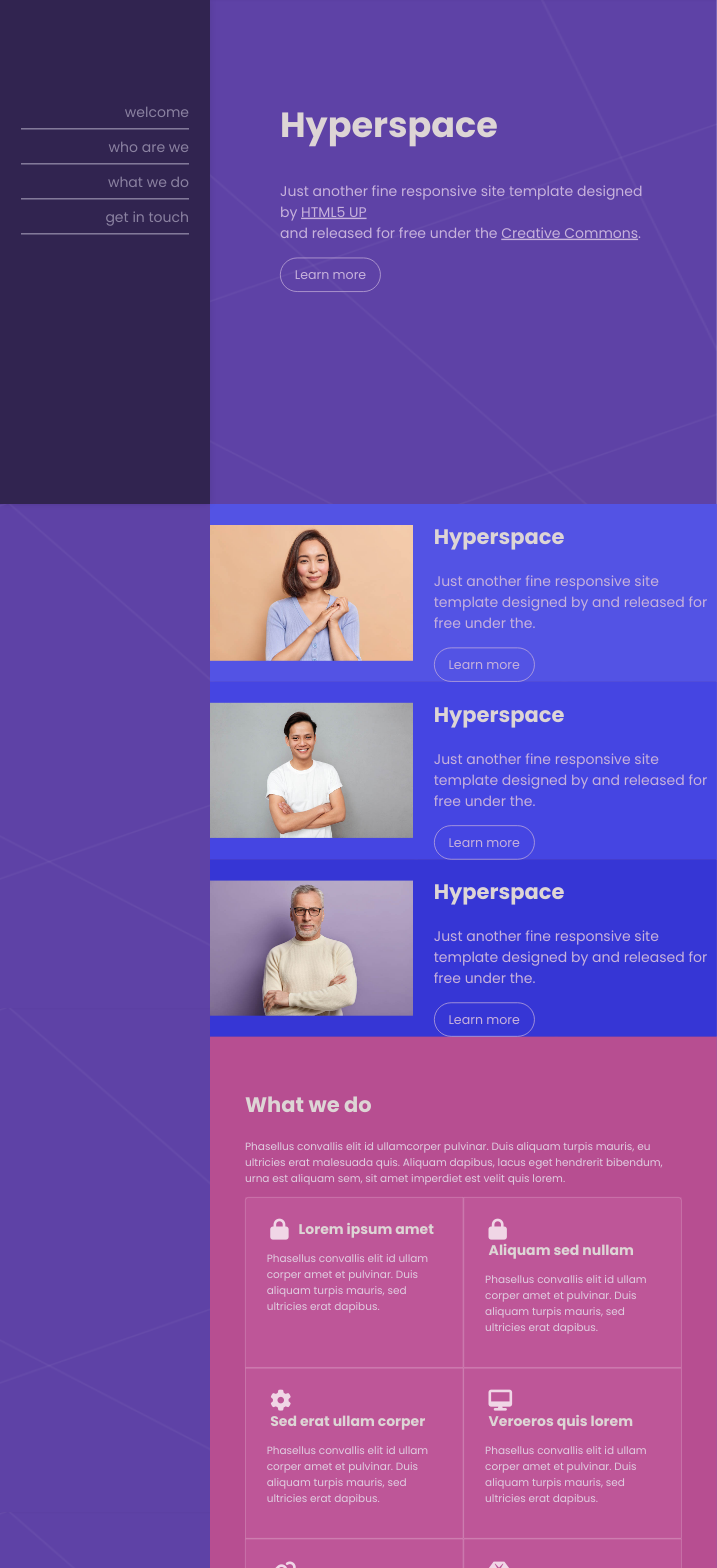
Repository: zai31/KIMIT_Tasks
Page: JsSession8/index.html
The author's editor kept a copy of each file at every save. The page is drawn from the files as they stood at one save, then again after the next save.
The browser window is 1024 px wide. The pictures show the part of the page from y = 0 to 2240 px (the page is 3492 px tall before and 4127 px after), at 70% of full size.
Backgrounds fixed to the window are drawn as part of the page.

Above is the page before, as saved 2025-09-16 17:51:48.

After the next save:
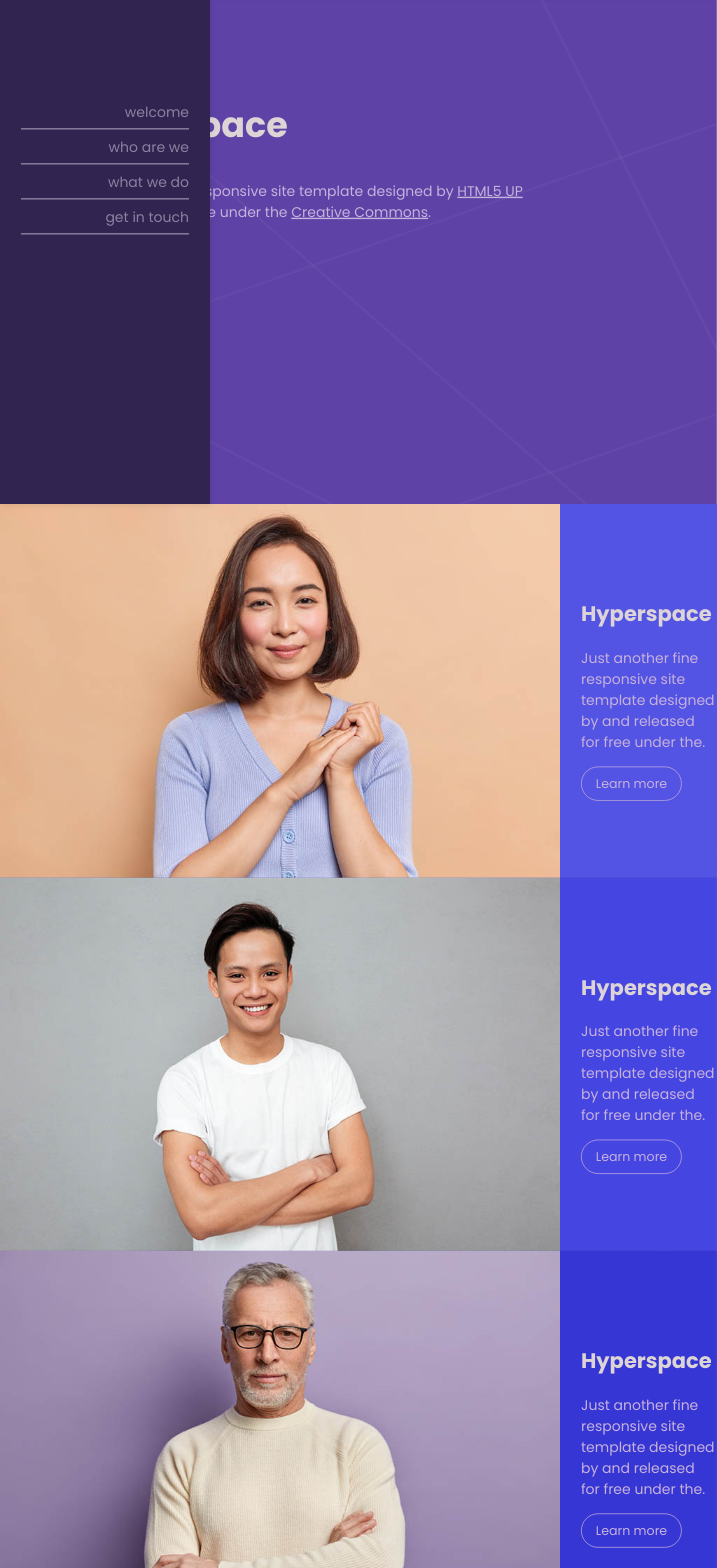
Saved 90 s later.
--- a/JsSession8/CSS/style.css
+++ b/JsSession8/CSS/style.css
@@ -203,7 +203,7 @@ body {
 }
 
 /**responsive**/
-@media screen and (min-width: 768px) and (max-width: 1024px) and (orientation: portrait) {
+@media screen and (min-width: 768px) and (max-width: 1024px)  {
 
     .flex-section .section {
         padding-left: 0; /* remove left offset since sidebar is gone */

After the 5 saves that followed:
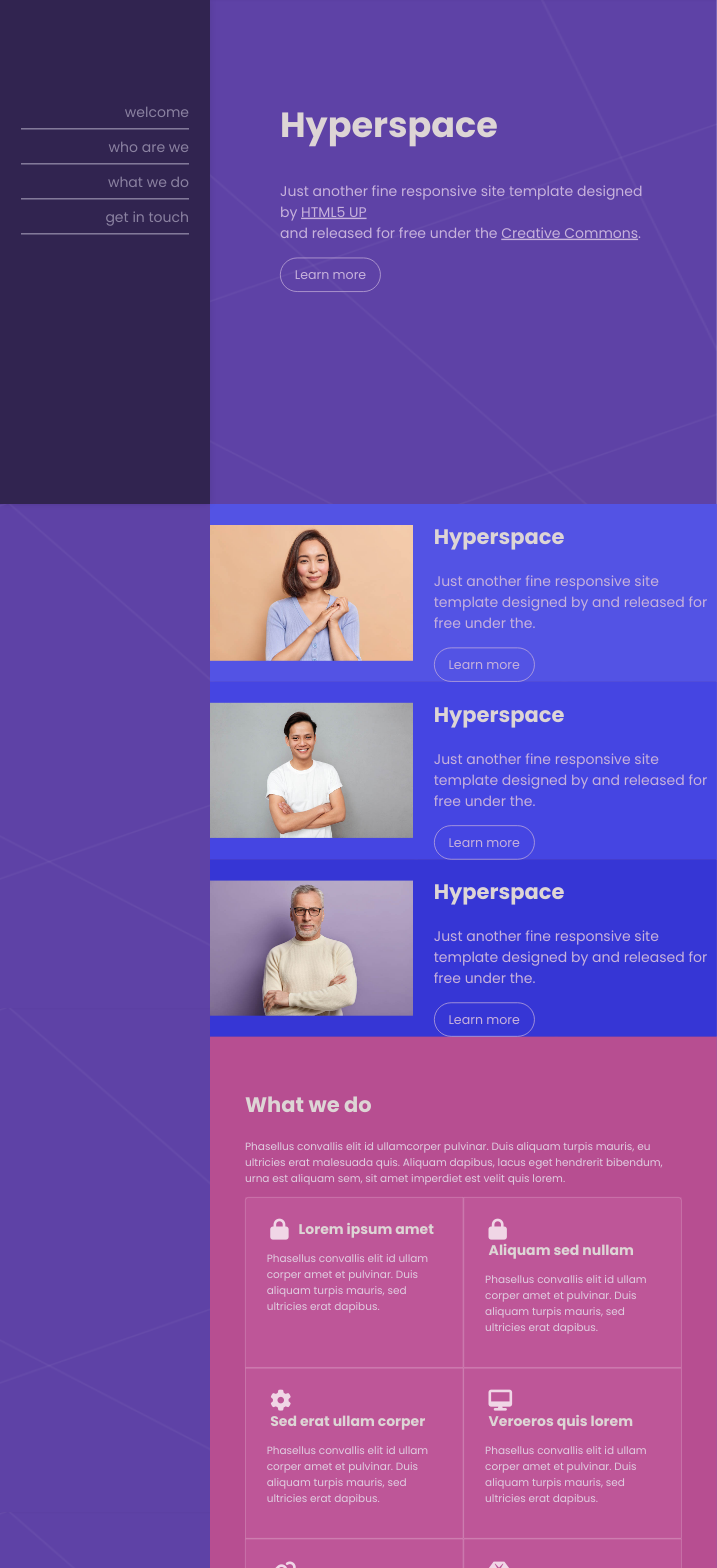
The 5 saves are shown as one change because 3 left the picture as it was and some came seconds apart.
The last was saved 2 min 31 s later.
--- a/JsSession8/CSS/style.css
+++ b/JsSession8/CSS/style.css
@@ -203,7 +203,7 @@ body {
 }
 
 /**responsive**/
-@media screen and (min-width: 768px) and (max-width: 1024px)  {
+@media screen and (min-width: 768px) and (max-width: 1024px) and (orientation: portrait) {
 
     .flex-section .section {
         padding-left: 0; /* remove left offset since sidebar is gone */
